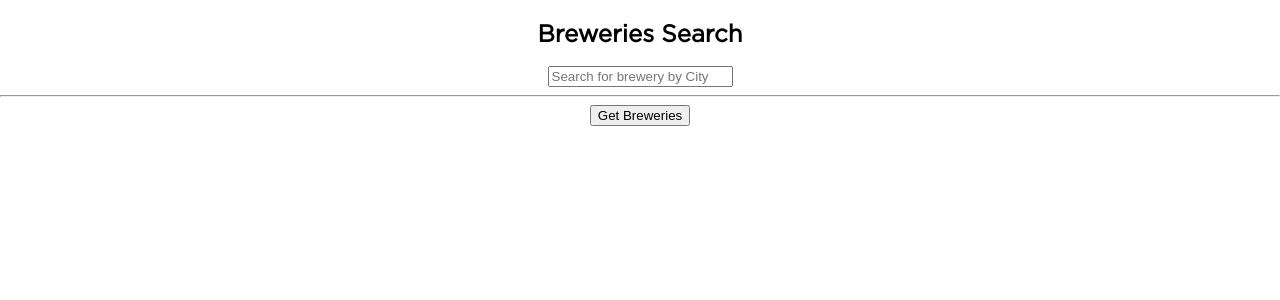
Repository: Babarindeolanrewaju2/react_breweries_app
Page: /
An editor plug-in stored every save of this project. The page is shown before and after the next save, followed by the edit.
The browser window is 1280 px wide. The pictures show the whole page.
The project was rebuilt for these pictures with package versions that can differ from the ones it lists, and the page was loaded fresh each time. Also part of the build but not shown: src/component/Breweries.js, src/component/ByCity.js, src/component/ByType.js.

Above is the page before, as saved 2020-03-30 13:59:51.

### src/App.js
import React, { Component } from 'react';
import { Breweries } from './component/Breweries';
import { ByCity } from './component/ByCity';
import { ByType } from './component/ByType';
import './App.css';

class App extends Component {
  constructor(props) {
    super(props);
    this.state = {
      query: '',
      breweries: [],
      byCitys: [],
      byTypes: [],
    }
  }

  breweries = () => {
    const BASE_URL = `https://api.openbrewerydb.org/breweries`;
    fetch(`${BASE_URL}`, {
      method: 'GET'
    })
      .then(response => response.json())
      .then(json => {
        console.log('breweries', json);
        this.setState({ breweries: json });
      })
  }

  getBreweryByCity = () => {
    const BASE_URL = `https://api.openbrewerydb.org/breweries?by_city=`;
    fetch(`${BASE_URL}${this.state.query}`, {
      method: 'GET'
    })
      .then(response => response.json())
      .then(json => {
        console.log('by_city', json);
        this.setState({ byCitys: json, byTypes: [] });
      })
  }

  getBreweryByType = (e, type) => {
    const BASE_URL = `https://api.openbrewerydb.org/breweries?by_type=`;
    fetch(`${BASE_URL}${type}`, {
      method: 'GET'
    })
      .then(response => response.json())
      .then(json => {
        console.log('by_city', json);
        this.setState({ byTypes: json, byCitys: [] });
      })
  }

  render() {
    return (
      <div className="App">
        <h2 className="title">Breweries Search</h2>
        <input
          type="text"
          placeholder="Search for brewery by City"
          onChange={event => { this.setState({ query: event.target.value }) }}
          onKeyPress={event => {
            if (event.key === "Enter") {
              this.getBreweryByCity()
            }
          }}
        />
        {this.state.byCitys.map(byCity => (<ByCity key={byCity.id} byCity={byCity} getBreweryByType={this.getBreweryByType} />))}
        {this.state.byTypes.map(byType => (<ByType key={byType.id} byType={byType} />))}

        <hr />

        <button
          type="text"
          onClick={event => { this.breweries() }}
        >Get Breweries
        </button>
        {this.state.breweries.map(brewery => (<Breweries key={brewery.id} brewery={brewery} />))}
      </div>
    )
  }
}

export default App;

### src/App.css
.App {
  text-align: center;
}

.App-logo {
  height: 40vmin;
  pointer-events: none;
}

@media (prefers-reduced-motion: no-preference) {
  .App-logo {
    animation: App-logo-spin infinite 20s linear;
  }
}

.App-header {
  background-color: #282c34;
  min-height: 100vh;
  display: flex;
  flex-direction: column;
  align-items: center;
  justify-content: center;
  font-size: calc(10px + 2vmin);
  color: white;
}

.App-link {
  color: #61dafb;
}

div, h2, h3, p {
  font-family: 'Gotham-Book';
}

@keyframes App-logo-spin {
  from {
    transform: rotate(0deg);
  }
  to {
    transform: rotate(360deg);
  }
}

@font-face {
  font-family: 'Gotham-Book';
  src: local('Gotham-Book'), url(./fonts/Gotham-Book.otf) format('opentype');
}

Loaded but not shown: public/index.html (common file); src/index.js (common file); src/index.css (common file); src/serviceWorker.js (common file)

After the next save:
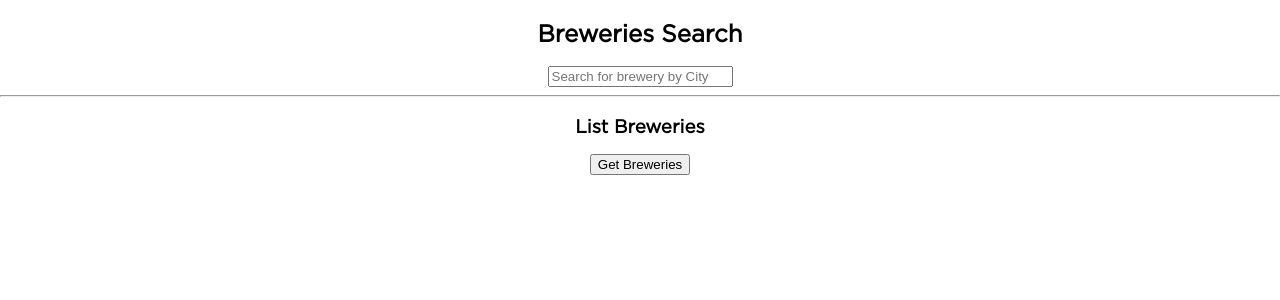
Saved 73 s later.
--- a/src/App.js
+++ b/src/App.js
@@ -69,7 +69,7 @@ class App extends Component {
         {this.state.byTypes.map(byType => (<ByType key={byType.id} byType={byType} />))}
 
         <hr />
-
+        <h3>List Breweries</h3>
         <button
           type="text"
           onClick={event => { this.breweries() }}
